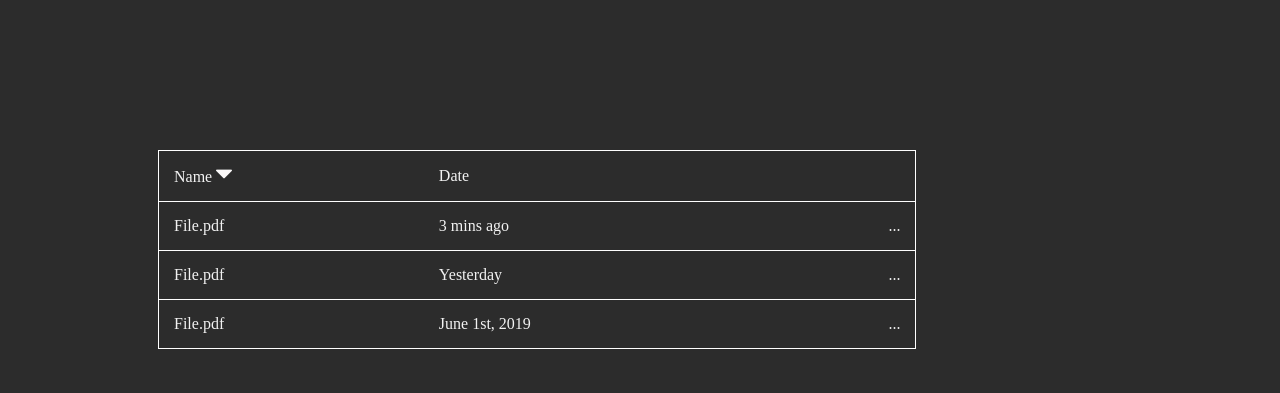
Repository: batonAnton/Hw5-table
Page: index.html
An editor plug-in stored every save of this project. The page is shown before and after the next save, followed by the edit.
The browser window is 1280 px wide. The pictures show the whole page.

Above is the page before, as saved 2022-06-13 18:36:55.

After the next save:
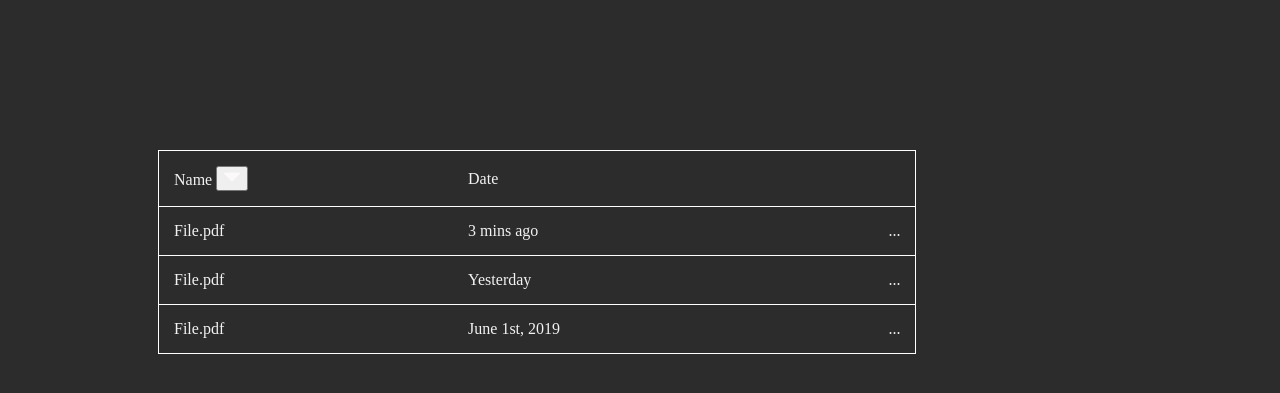
Saved 5 min 11 s later.
--- a/index.html
+++ b/index.html
@@ -10,9 +10,10 @@
 <body>
     <table>
         <tr>
-            <td>Name <img src="image/down-filled-triangular-arrow.png" alt="down-filled-triangular-arrow"></td>
+            <td>Name <button><img src="image/down-filled-triangular-arrow.png" alt="down-filled-triangular-arrow"></button> </td>
             <td colspan="2">Date</td>
         </tr>
+
         <tr>
             <td>File.pdf</td>
             <td>3 mins ago</td>
